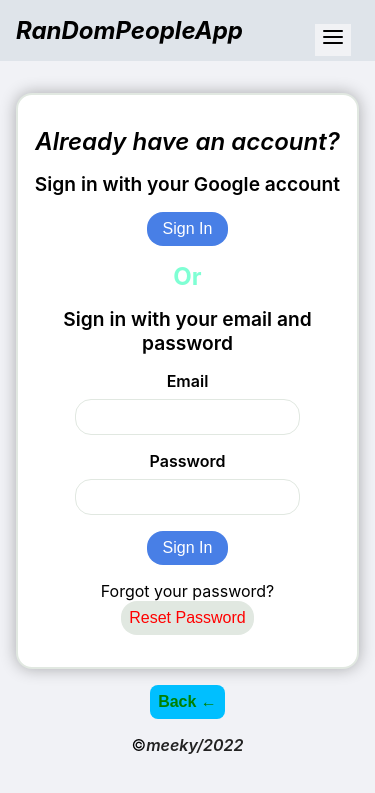
Repository: MikkyPrestige/RandomProfiles
Page: /profileDisplay
These files come from the project's save history. The page is drawn as it stood at one moment and after the next save; the edit follows.
The browser window is 375 px wide. The pictures show the whole page.
The project was rebuilt for these pictures with package versions that can differ from the ones it lists, and the page was loaded fresh each time. Also part of the build but not shown: src/assets/styles/home.css, src/components/home.jsx, src/assets/styles/users.css, src/components/users.jsx, src/assets/styles/search.css, src/components/search.jsx, src/assets/styles/help.css, src/components/help.jsx and 9 more.

Above is the page before, as saved 2022-12-07 03:28:31.

After the next save:
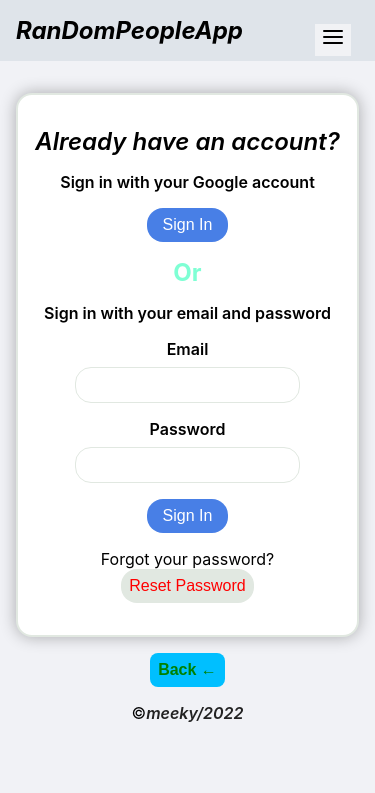
Saved 34 s later.
--- a/src/assets/styles/profile.css
+++ b/src/assets/styles/profile.css
@@ -248,10 +248,8 @@
     justify-content: center;
   }
 
-  .profile__buttons {
-    flex-direction: column;
-    align-items: center;
-    gap: 1rem;
-  }
-
-}
+  .sign__heading {
+    font-size: 1rem;
+  }
+
+}
